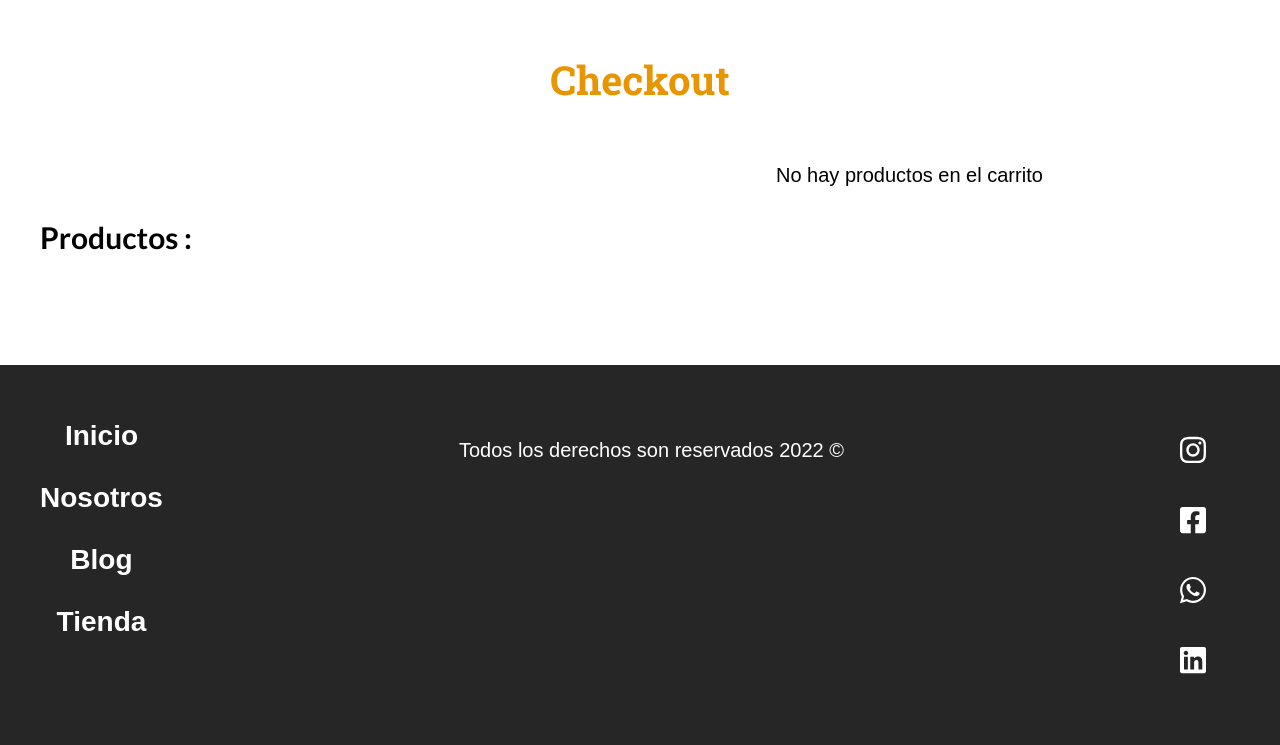
Repository: CarlosCamposRodriguez99/cv-beta-frontend
Page: /carrito
These files come from the project's save history. The page is drawn as it stood at one moment and after a run of saves; the edit follows.
The browser window is 1280 px wide. The pictures show the part of the page from y = 223 to 968 px (the page is 968 px tall).
The project was rebuilt for these pictures with package versions that can differ from the ones it lists, and the page was loaded fresh each time. The framework's server and built-in components were replaced by stand-ins that run in the browser. Also part of the build but not shown: next.config.js.

Above is the page before, as saved 2022-02-28 17:31:50.

After the next 5 saves:
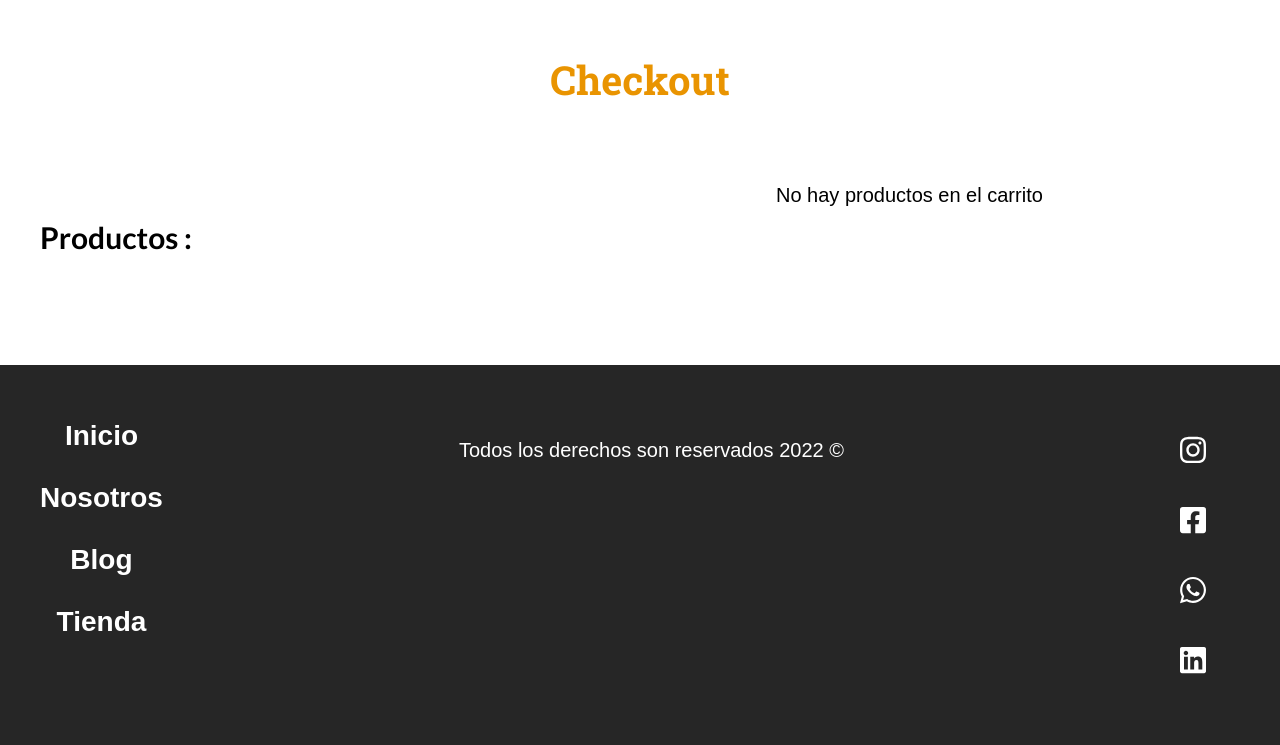
The 5 saves are shown as one change because 1 did not build or start and some came seconds apart.
The last was saved 4 min 21 s later.
--- a/pages/carrito.js
+++ b/pages/carrito.js
@@ -74,7 +74,7 @@ const Carrito = ({carrito, actualizarCantidad, eliminarProducto}) => {
               <h3>Resumen del Pedido :</h3>
               <p>Total a pagar : ${total}</p>
             </>
-          ) : 'No hay productos en el carrito'}
+          ) : <p>No hay productos en el carrito</p>}
         </div>
       </main>
     </Layout>
